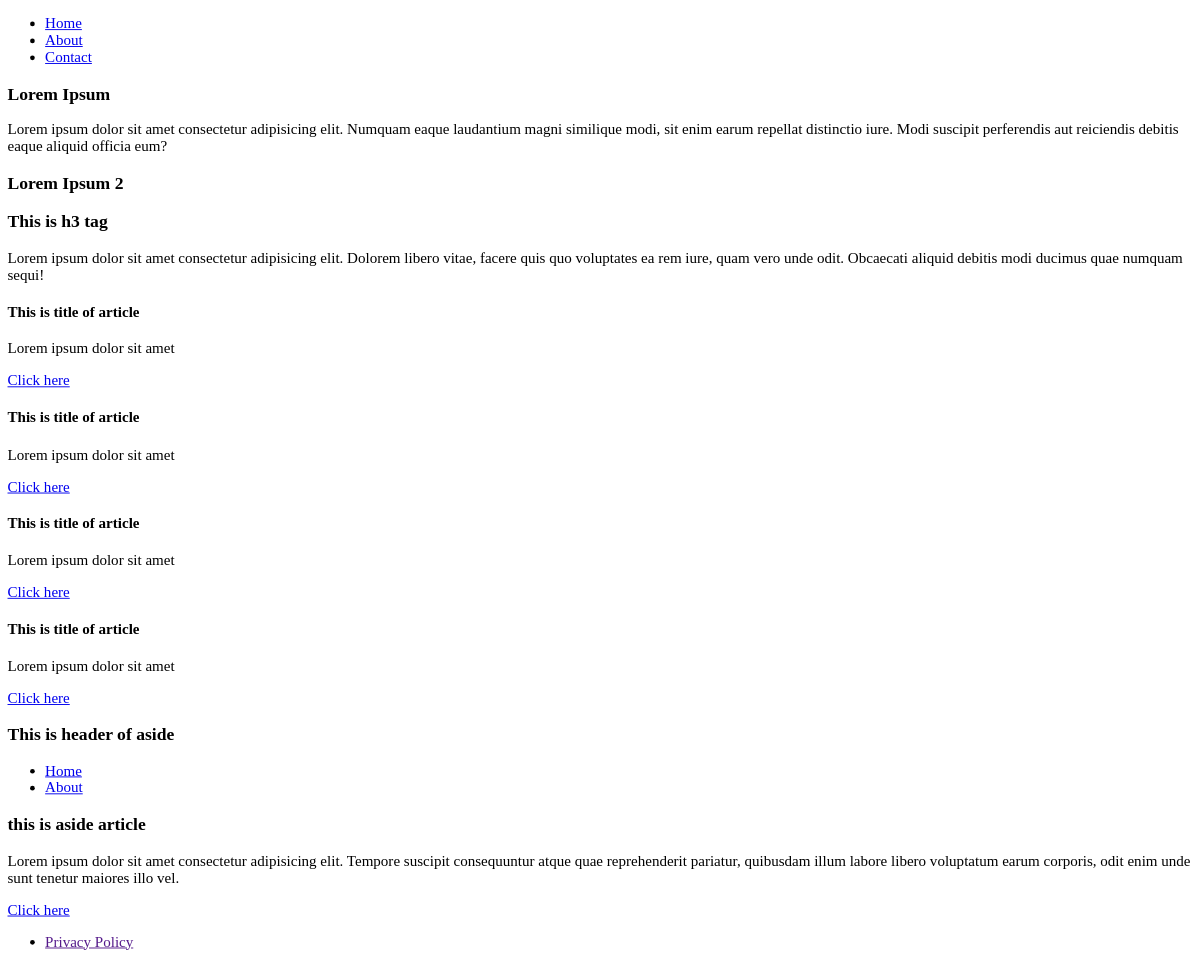
Repository: fisikusari/test-repo
Page: index.html
The author's editor kept a copy of each file at every save. The page is drawn from the files as they stood at one save, then again after the next save.
The browser window is 1280 px wide. The pictures show the whole page, at 94% of full size.

Above is the page before, as saved 2021-11-11 18:30:56.

### index.html
<!DOCTYPE html>

<html lang="en">

<head>
  <meta charset="UTF-8">
  <meta http-equiv="X-UA-Compatible" content="IE=edge">
  <meta name="viewport" content="width=device-width, initial-scale=1.0">
  <title>Fisnik</title>
</head>
<nav>
  <ul>
    <li><a href="#">Home</a></li>
    <li><a href="about.html">About</a></li>
    <li><a href="contact.html">Contact</a></li>
  </ul>
</nav>


<body>
  <section class="main">
    <section>
      <h1>Lorem Ipsum</h1>
      <p>Lorem ipsum dolor sit amet consectetur adipisicing elit. Numquam eaque laudantium magni similique modi, sit enim earum repellat distinctio iure. Modi suscipit perferendis
        aut reiciendis debitis eaque aliquid officia eum?</p>
    </section>
    <section>
      <h1>Lorem Ipsum 2</h1>
      <h3>This is h3 tag</h3>
      <p>Lorem ipsum dolor sit amet consectetur adipisicing elit. Dolorem libero vitae, facere quis quo voluptates ea rem iure, quam vero unde odit. Obcaecati aliquid debitis modi
        ducimus quae numquam sequi!</p>
    </section>
    <section>
      <article>
        <h1>This is title of article</h1>
        <p>Lorem ipsum dolor sit amet</p>
        <a href="about.html">Click here</a>
      </article>
      <article>
        <h1>This is title of article</h1>
        <p>Lorem ipsum dolor sit amet</p>
        <a href="#">Click here</a>
      </article>
    </section>
    <section>
      <article>
        <h1>This is title of article</h1>
        <p>Lorem ipsum dolor sit amet</p>
        <a href="about.html">Click here</a>
      </article>
      <article>
        <h1>This is title of article</h1>
        <p>Lorem ipsum dolor sit amet</p>
        <a href="#">Click here</a>
      </article>
    </section>

  </section>
  <aside>
    <h3>This is header of aside</h3>
    <nav>
      <ul>
        <li><a href="#">Home</a></li>
        <li><a href="#">About</a></li>
      </ul>
    </nav>
    <article>
      <h1>this is aside article</h1>
      <p>Lorem ipsum dolor sit amet consectetur adipisicing elit. Tempore suscipit consequuntur atque quae reprehenderit pariatur, quibusdam illum labore libero voluptatum earum
        corporis, odit enim unde sunt tenetur maiores illo vel.</p>
      <a href="contact.html">Click here</a>
    </article>
  </aside>
</body>
<footer>
  <nav>
    <ul>
      <li><a href="">Privacy Policy</a></li>
    </ul>
  </nav>
</footer>

</html>

After the next save:
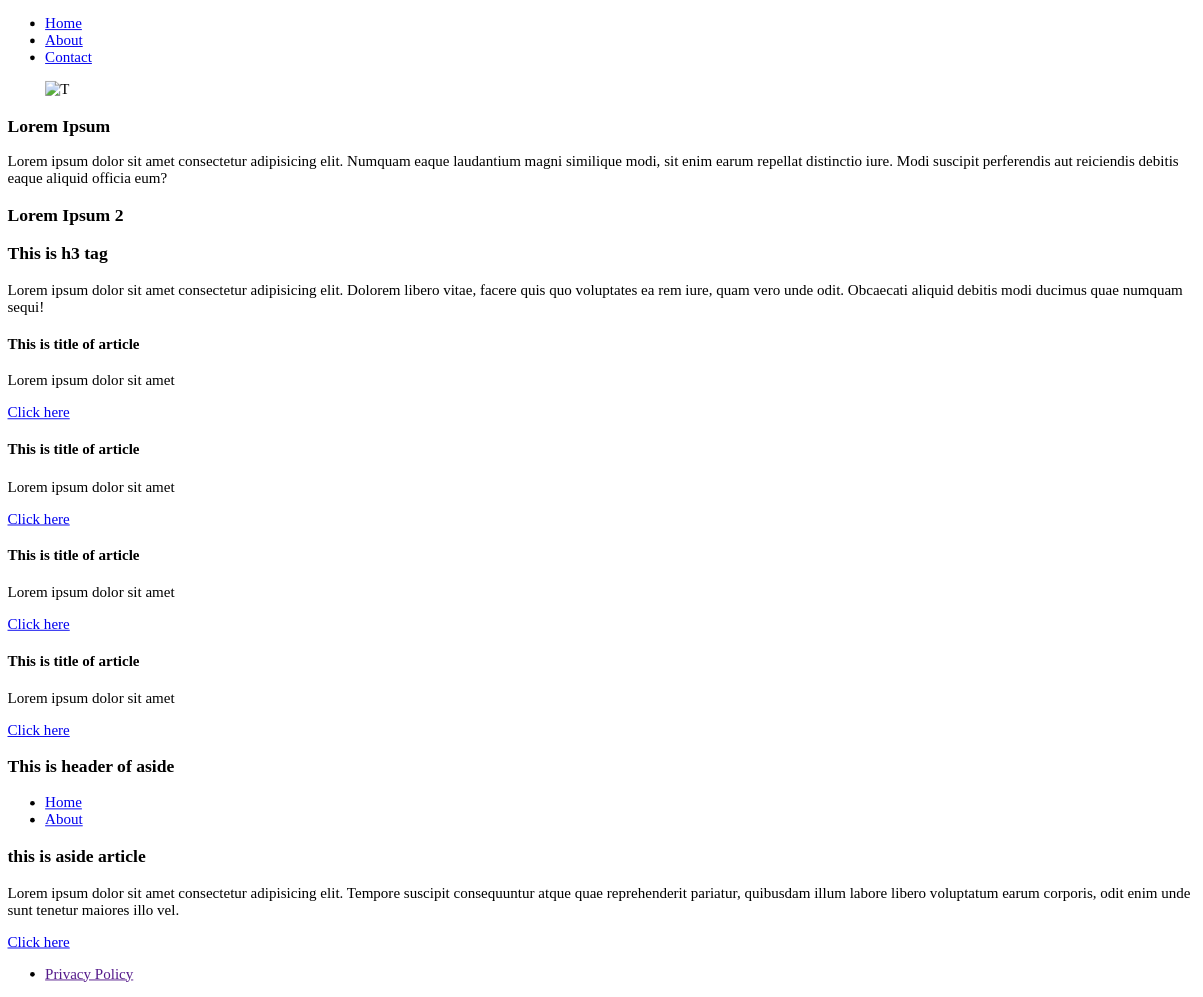
Saved 84 s later.
--- a/index.html
+++ b/index.html
@@ -20,6 +20,9 @@
 <body>
   <section class="main">
     <section>
+      <figure>
+        <img src="" alt="T">
+      </figure>
       <h1>Lorem Ipsum</h1>
       <p>Lorem ipsum dolor sit amet consectetur adipisicing elit. Numquam eaque laudantium magni similique modi, sit enim earum repellat distinctio iure. Modi suscipit perferendis
         aut reiciendis debitis eaque aliquid officia eum?</p>
